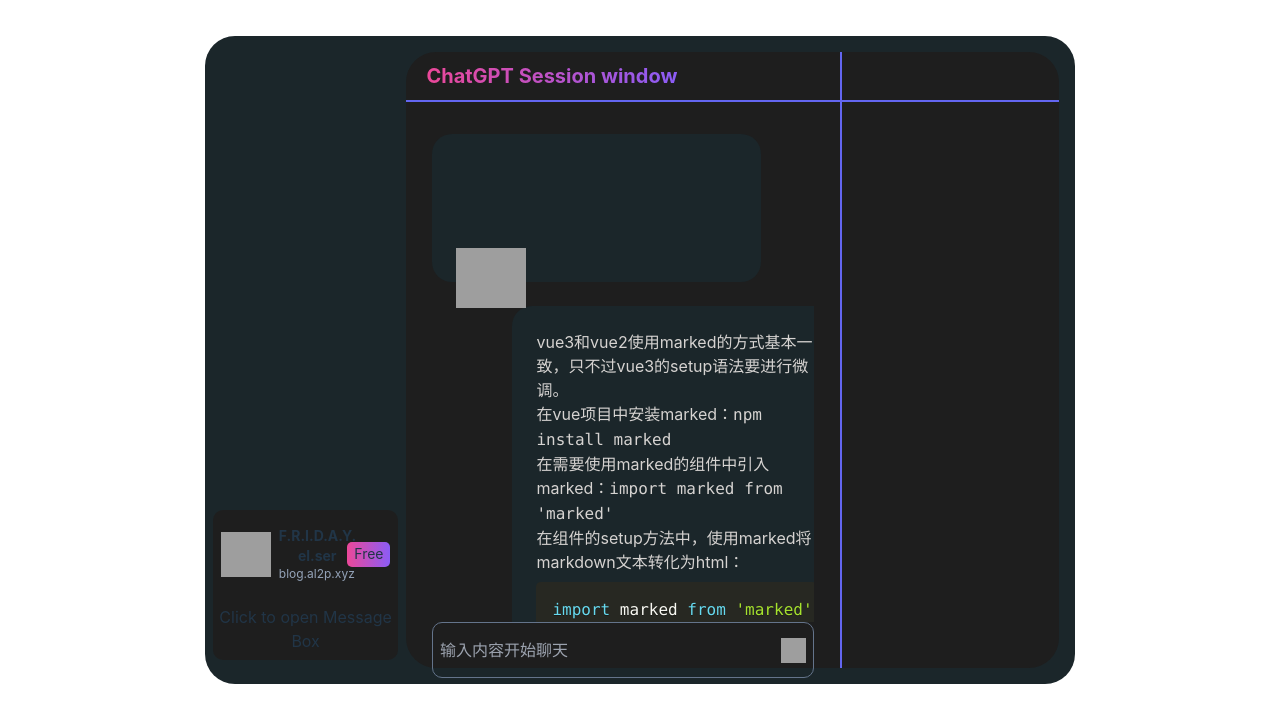
Repository: yezhonghu0503/chatgpt-vue-lac
Page: /
An editor plug-in stored every save of this project. The page is shown before and after the next save, followed by the edit.
The browser window is 1280 px wide. The pictures show the whole page.
Pictures or frames that could not be fetched are drawn as grey boxes. The project was rebuilt for these pictures with package versions that can differ from the ones it lists, and the page was loaded fresh each time. Also part of the build but not shown: vite.config.ts.

Above is the page before, as saved 2023-06-01 11:30:21.

After the next save:
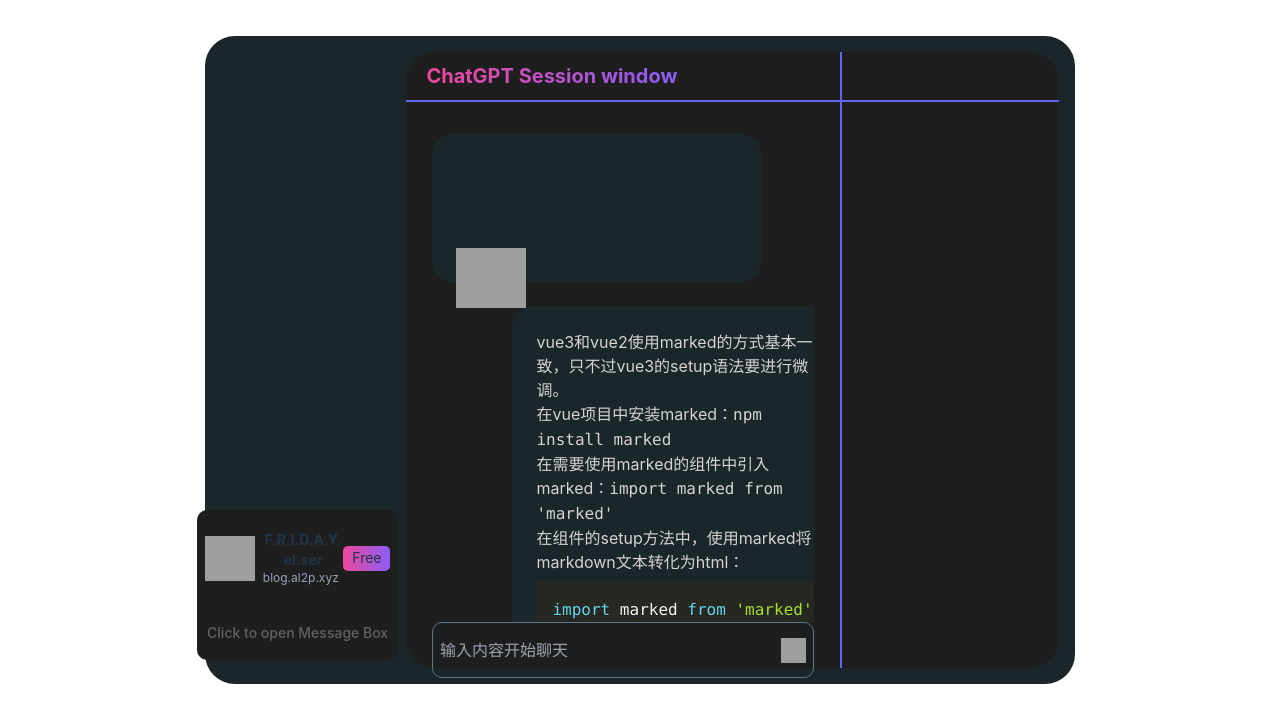
Saved 100 s later.
--- a/src/main.ts
+++ b/src/main.ts
@@ -1,4 +1,6 @@
 import { createApp } from 'vue'
+import ElementPlus from 'element-plus'
+import 'element-plus/dist/index.css'
 import './style.css'
 import App from './App.vue'
 import './api/interceptor'
@@ -10,4 +12,5 @@
 //         console.log(el)
 //     }
 // })
+app.use(ElementPlus)
 app.mount('#app')
